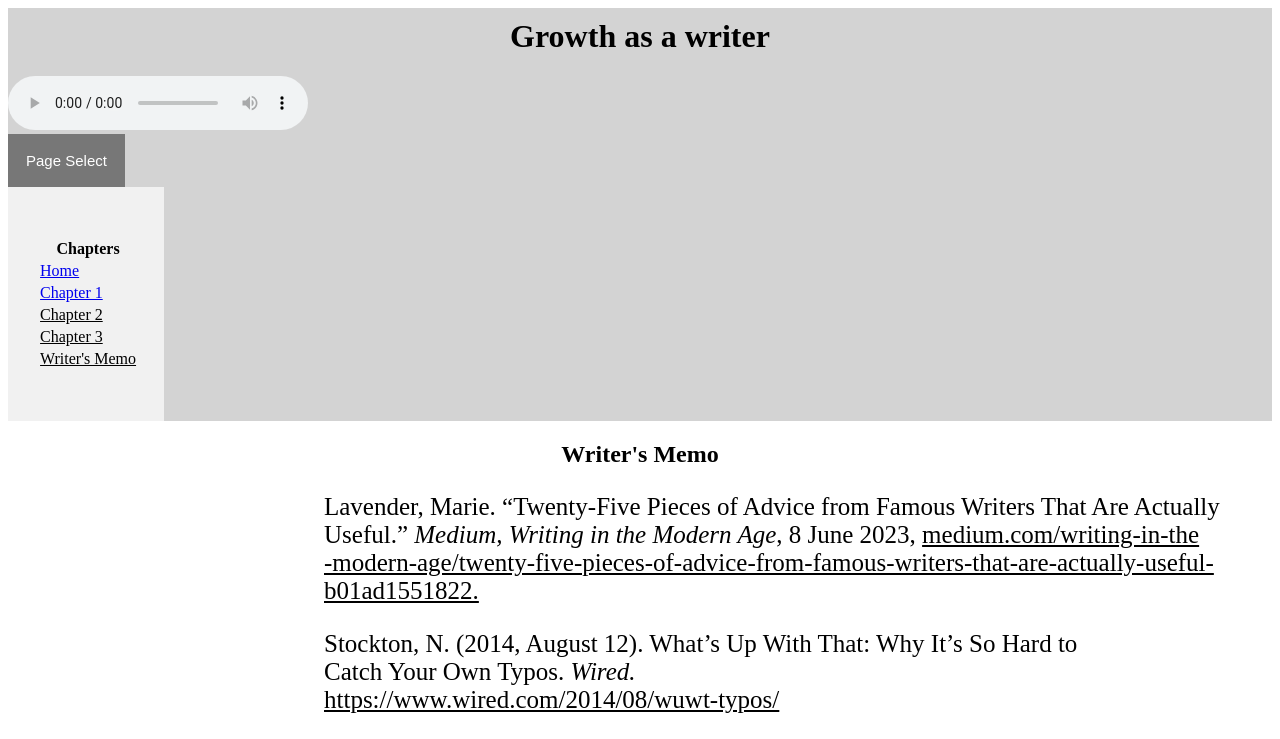
Repository: jpaisiem/WP-4
Page: WorksCited.html
An editor plug-in stored every save of this project. The page is shown before and after a run of saves, followed by the edit.
The browser window is 1280 px wide. The pictures show the whole page.

Above is the page before, as saved 2025-05-01 12:10:50.
Console error: TypeError: Cannot read properties of undefined (reading 'toggle')

After the next 2 saves:
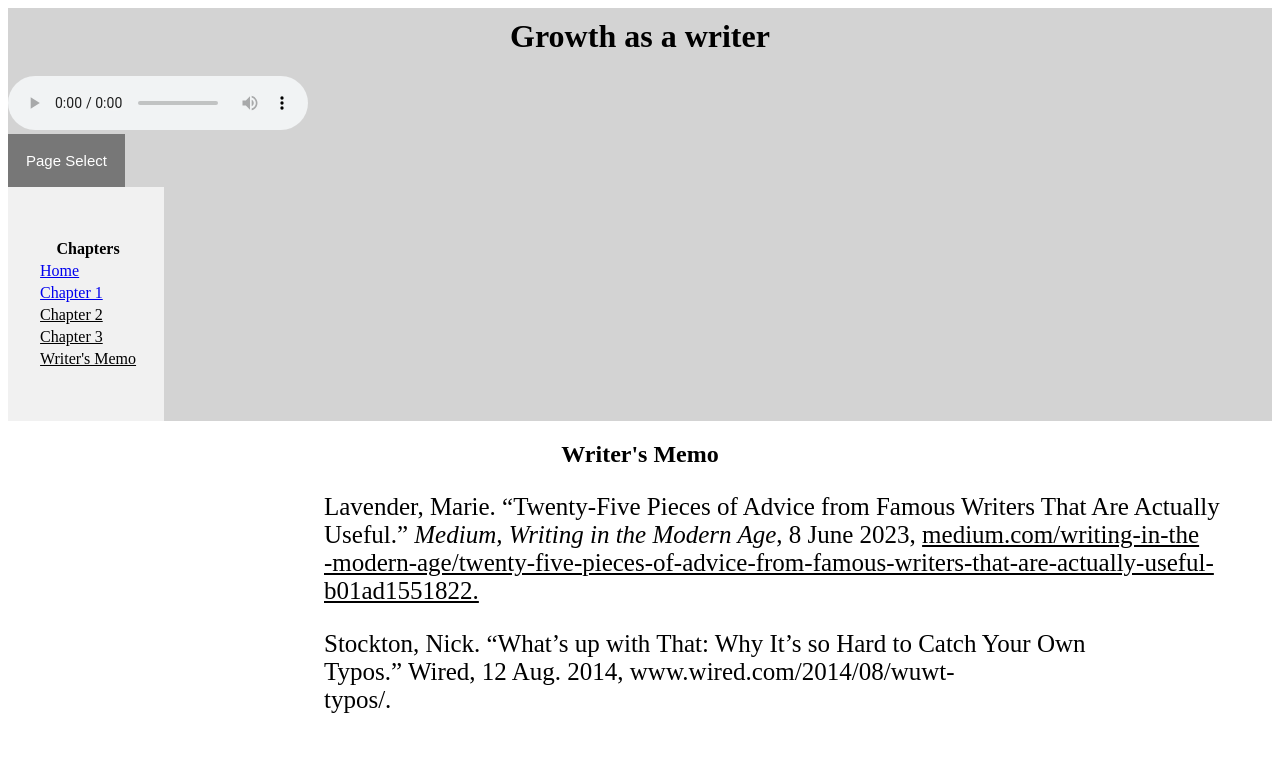
The 2 saves are shown as one change because they came seconds apart.
The last was saved 67 s later.
--- a/WorksCited.html
+++ b/WorksCited.html
@@ -86,9 +86,11 @@ li
     b01ad1551822.</u><br>
 </p>
 <p>
-  Stockton, N. (2014, August 12). What’s Up With That: Why It’s So Hard to <br>
-  Catch Your Own Typos. <i>Wired.</i> <br>
-  <u>https://www.wired.com/2014/08/wuwt-typos/</u><br>
+     Stockton, Nick. “What’s up with That: Why It’s so Hard to Catch Your Own <br>
+     Typos.” Wired, 12 Aug. 2014, www.wired.com/2014/08/wuwt-<br>
+     typos/.<br>
+
+‌
 </p>
 </div>
 <script>
